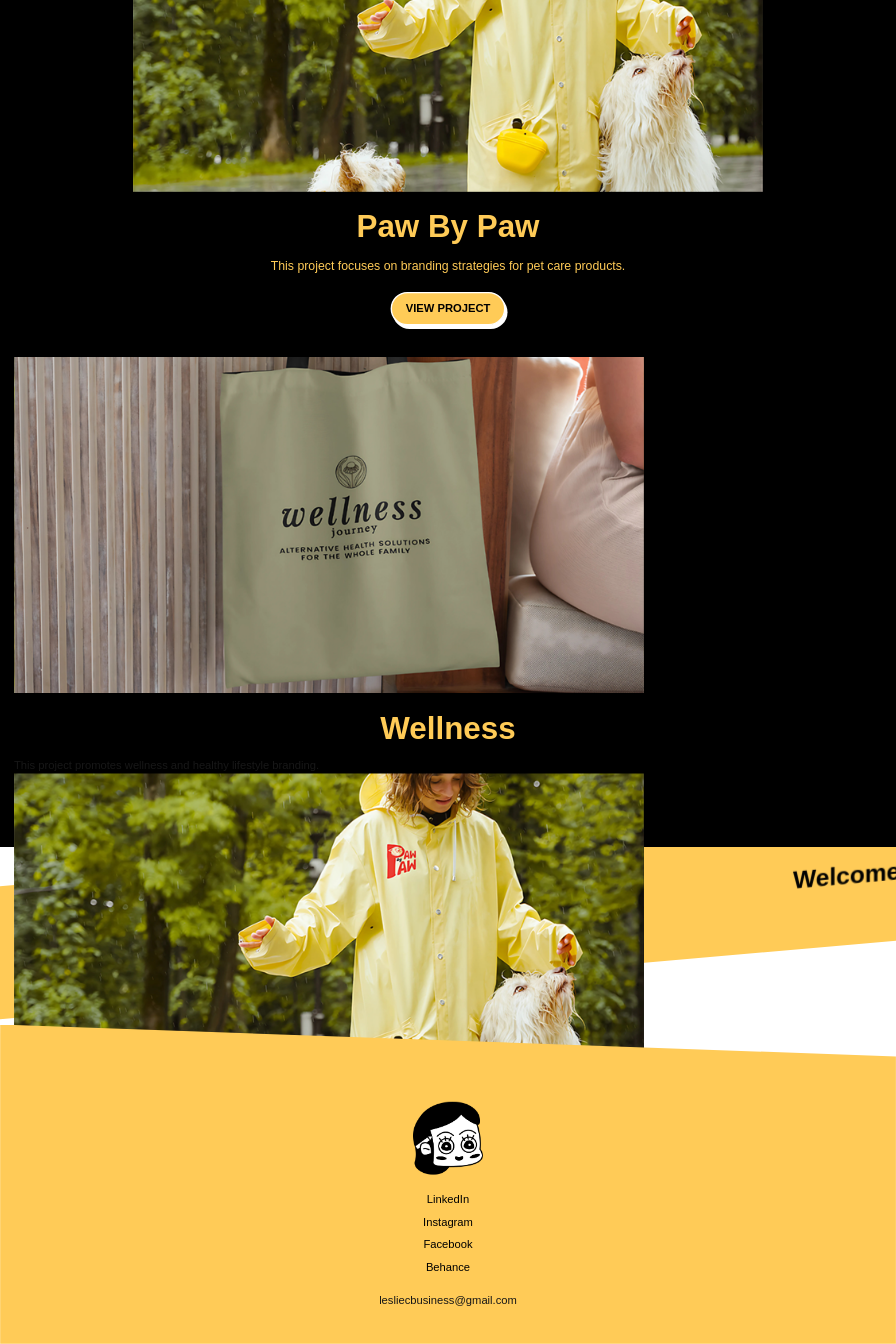
Repository: leslie179/portfolio-new
Page: /
The author's editor kept a copy of each file at every save. The page is drawn from the files as they stood at one save, then again after the next save.
The browser window is 1280 px wide. The pictures show the part of the page from y = 1080 to 3000 px (the page is 3000 px tall), at 70% of full size.
The project was rebuilt for these pictures with package versions that can differ from the ones it lists, and the page was loaded fresh each time. The framework's server and built-in components were replaced by stand-ins that run in the browser. Also part of the build but not shown: next.config.mjs.

Above is the page before, as saved 2025-01-20 14:31:54.

After the next save:
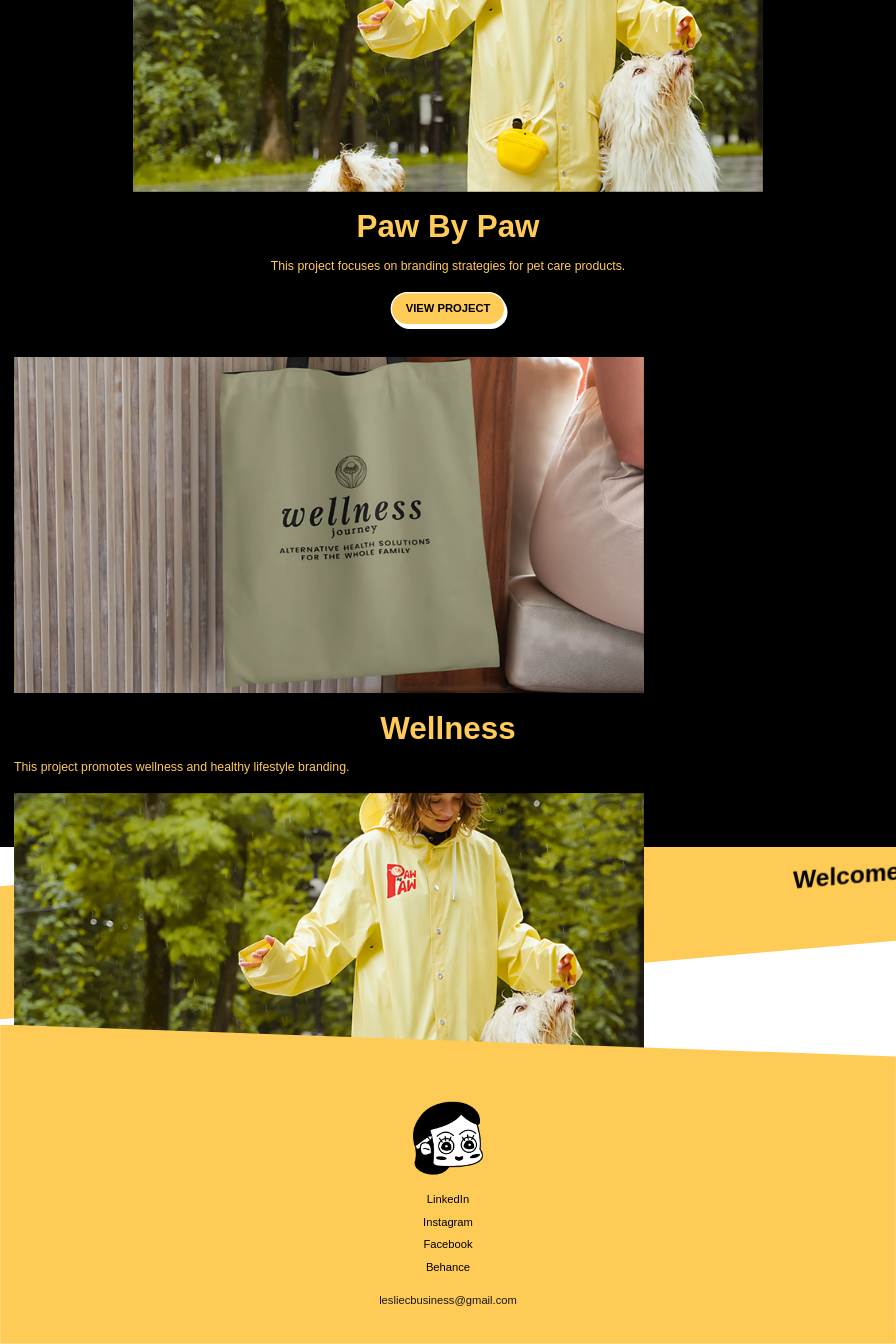
Saved 5 s later.
--- a/components/BlockThree/index.js
+++ b/components/BlockThree/index.js
@@ -6,7 +6,7 @@
         <div className={styles.stickyBlock}>
             <img src="/site-photos/Wellness-Journey2.png" alt="Wellness Branding" />
             <h2 className={styles.h2}>Wellness</h2>
-            <p>This project promotes wellness and healthy lifestyle branding.</p>
+            <p className={styles.pp}>This project promotes wellness and healthy lifestyle branding.</p>
 
 
 
